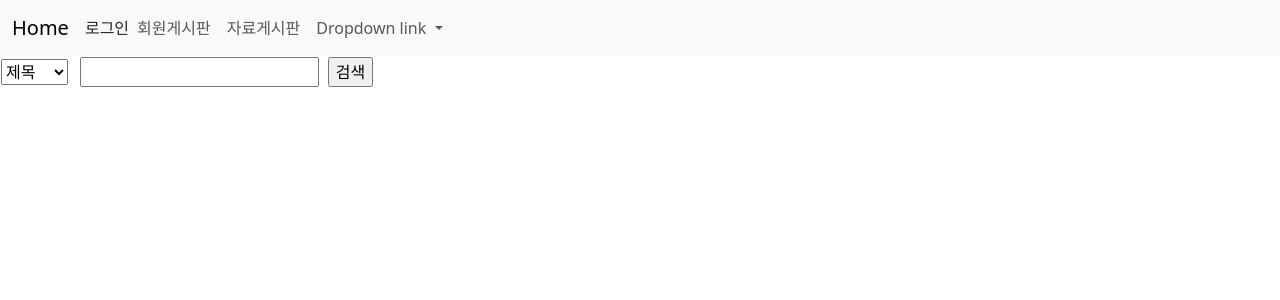
Repository: AHJ2616/Java
Page: http://localhost/board-jsp/08Board/List.jsp
An editor plug-in stored every save of this project. The page is shown before and after the next save, followed by the edit.
The browser window is 1280 px wide. The pictures show the whole page.
The page is served by Tomcat 9.

Above is the page before, as saved 2024-07-26 05:24:38.

After the next save:
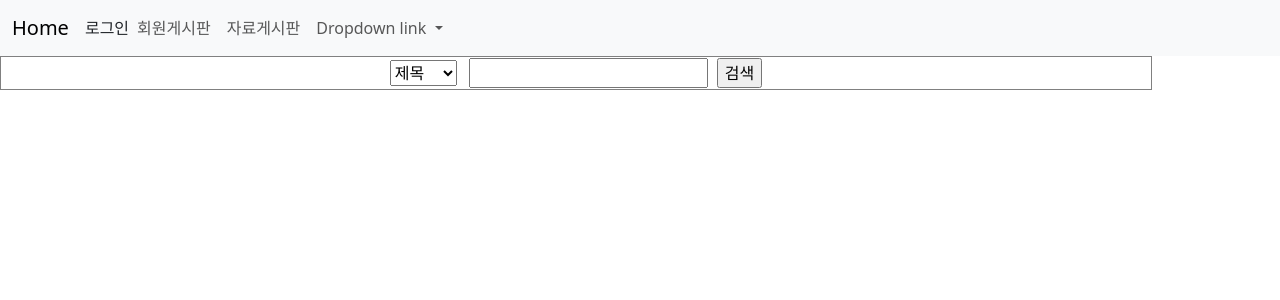
Saved 76 s later.
--- a/jsp_workspace/board-jsp/src/main/webapp/08Board/List.jsp
+++ b/jsp_workspace/board-jsp/src/main/webapp/08Board/List.jsp
@@ -9,7 +9,7 @@
 </head>
 <body>
 <form method="get" id="search" action="" >
-<table>
+<table border="1" width="90%">
 	<tr>
 		<td align="center">
 		<select name="search_field">
@@ -21,8 +21,8 @@
 		<input type="submit" value="검색" />
 		</td>
 	</tr>
+</table>
 
-</table>
 </form>
 </body>
 </html>
